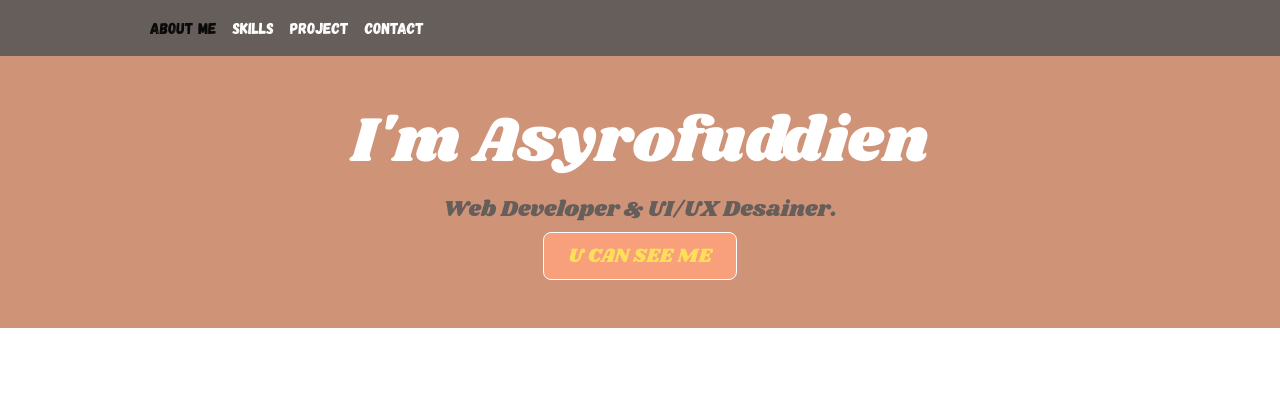
Repository: zetta-muhammad-asyrofuddien/Html-Css-ZettaCAmp
Page: Day1/Portofolio/index.html
The author's editor kept a copy of each file at every save. The page is drawn from the files as they stood at one save, then again after the next save.
The browser window is 1280 px wide. The pictures show the whole page.

Above is the page before, as saved 2023-07-05 03:13:55.

### Day1/Portofolio/index.html
<!DOCTYPE html>
<html lang="en">
  <head>
    <meta charset="utf-8" />
    <meta name="viewport" content="width=device-width, initial-scale=1" />
    <title>Bootstrap demo</title>
    <link href="https://cdn.jsdelivr.net/npm/bootstrap@5.2.3/dist/css/bootstrap.min.css" rel="stylesheet" integrity="sha384-rbsA2VBKQhggwzxH7pPCaAqO46MgnOM80zW1RWuH61DGLwZJEdK2Kadq2F9CUG65" crossorigin="anonymous" />
    <link rel="stylesheet" type="text/css" href="./syle.css" />
  </head>
  <body>
    <section class="Navbar">
      <div class="container">
        <div class="row">
          <div class="col-lg-12">
            <nav class="navbar navbar-expand-lg px-5 px-5">
              <div class="container-fluid">
                <div class="collapse navbar-collapse" id="navbarNav">
                  <ul class="navbar-nav">
                    <li class="nav-item">
                      <a class="nav-link active" aria-current="page" href="#">About Me</a>
                    </li>
                    <li class="nav-item">
                      <a class="nav-link" href="#">Skills</a>
                    </li>
                    <li class="nav-item">
                      <a class="nav-link" href="#">Project</a>
                    </li>
                    <li class="nav-item">
                      <a class="nav-link" href="#">Contact</a>
                    </li>
                  </ul>
                </div>
              </div>
            </nav>
            <div class="col-lg-4"></div>
          </div>
        </div>
      </div>
    </section>
    <section class="perkenalan mt-0">
      <div class="px-4 py-5 my-0 text-center">
        <h1 class="nama mb-3">I'm Asyrofuddien</h1>
        <div class="col-lg-6 mx-auto">
          <h4 class="job">Web Developer & UI/UX Desainer.</h4>
          <div class="d-grid gap-2 d-sm-flex justify-content-sm-center">
            <button type="button" class="btn btn-primary btn-lg px-4 gap-3">U CAN SEE ME</button>
          </div>
        </div>
      </div>
    </section>
    <script src="https://cdn.jsdelivr.net/npm/@popperjs/core@2.11.6/dist/umd/popper.min.js" integrity="sha384-oBqDVmMz9ATKxIep9tiCxS/Z9fNfEXiDAYTujMAeBAsjFuCZSmKbSSUnQlmh/jp3" crossorigin="anonymous"></script>
    <script src="https://cdn.jsdelivr.net/npm/bootstrap@5.2.3/dist/js/bootstrap.min.js" integrity="sha384-cuYeSxntonz0PPNlHhBs68uyIAVpIIOZZ5JqeqvYYIcEL727kskC66kF92t6Xl2V" crossorigin="anonymous"></script>
  </body>
</html>

### Day1/Portofolio/syle.css
@font-face {
  font-family: Gagalin;
  src: url(./asset/font/Gagalin-Regular.otf);
}
@font-face {
  font-family: Shrikhand;
  src: url(./asset/font/Shrikhand-Regular.ttf);
}
@font-face {
  font-family: dmSans;
  src: url(./asset/font/DMSans-Regular.ttf);
}
.Navbar {
  font-family: Gagalin;
  background-color: #665e5a;
}
.perkenalan {
  background-color: #cf9378;
}
.nav-link {
  color: white;
}

.nama {
  font-family: Shrikhand;
  color: white;
  font-size: 4rem;
}
.job {
  color: #665e5a;
  font-family: Shrikhand;
  font-size: 1.4rem;
}

.btn {
  background-color: #f89f7b;
  border-color: white;
  font-family: Shrikhand;
  color: #ffde59;
}

After the next save:
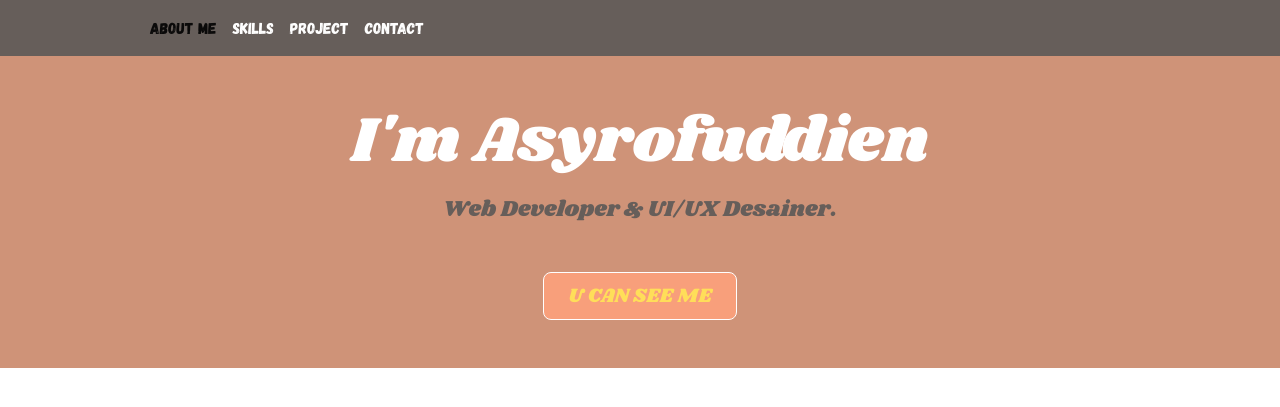
Saved 11 s later.
--- a/Day1/Portofolio/index.html
+++ b/Day1/Portofolio/index.html
@@ -41,7 +41,7 @@
       <div class="px-4 py-5 my-0 text-center">
         <h1 class="nama mb-3">I'm Asyrofuddien</h1>
         <div class="col-lg-6 mx-auto">
-          <h4 class="job">Web Developer & UI/UX Desainer.</h4>
+          <h4 class="job mb-5">Web Developer & UI/UX Desainer.</h4>
           <div class="d-grid gap-2 d-sm-flex justify-content-sm-center">
             <button type="button" class="btn btn-primary btn-lg px-4 gap-3">U CAN SEE ME</button>
           </div>
